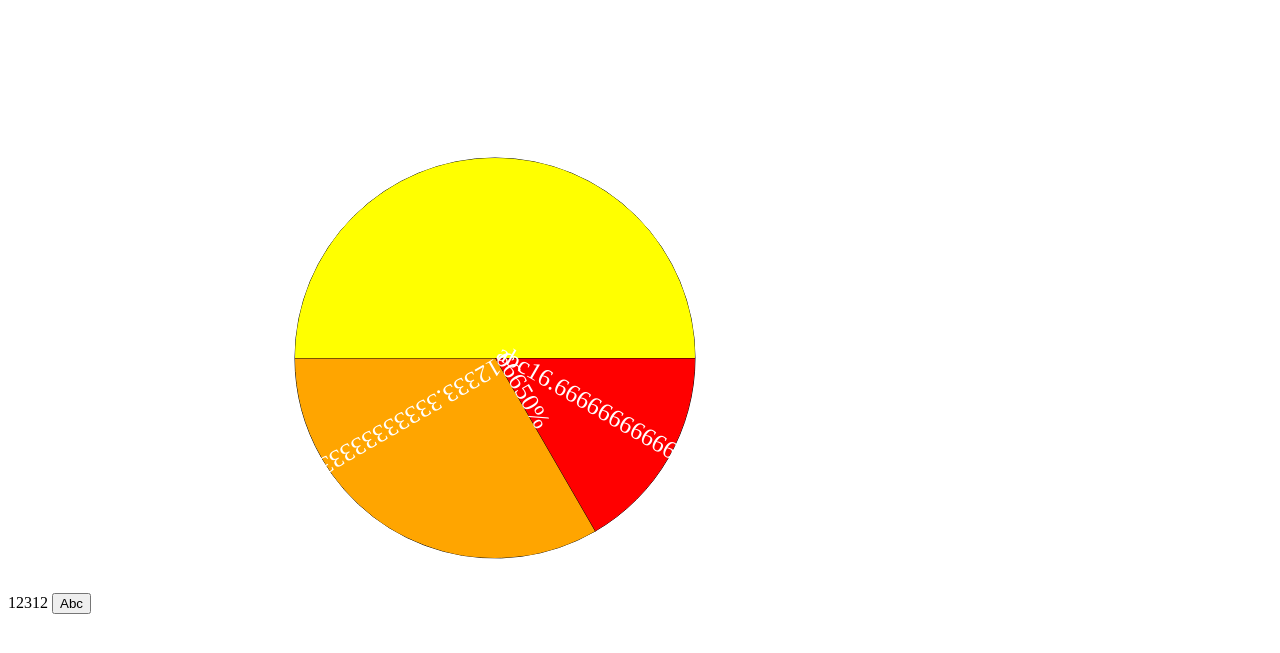
Repository: ycdtc/movie
Page: aaa/WebContent/index.html
The author's editor kept a copy of each file at every save. The page is drawn from the files as they stood at one save, then again after the next save.
The browser window is 1280 px wide. The pictures show the whole page.
After loading, the first visible `#abc` was clicked once.

Above is the page before, as saved 2017-06-20 07:44:49.

After the next save:
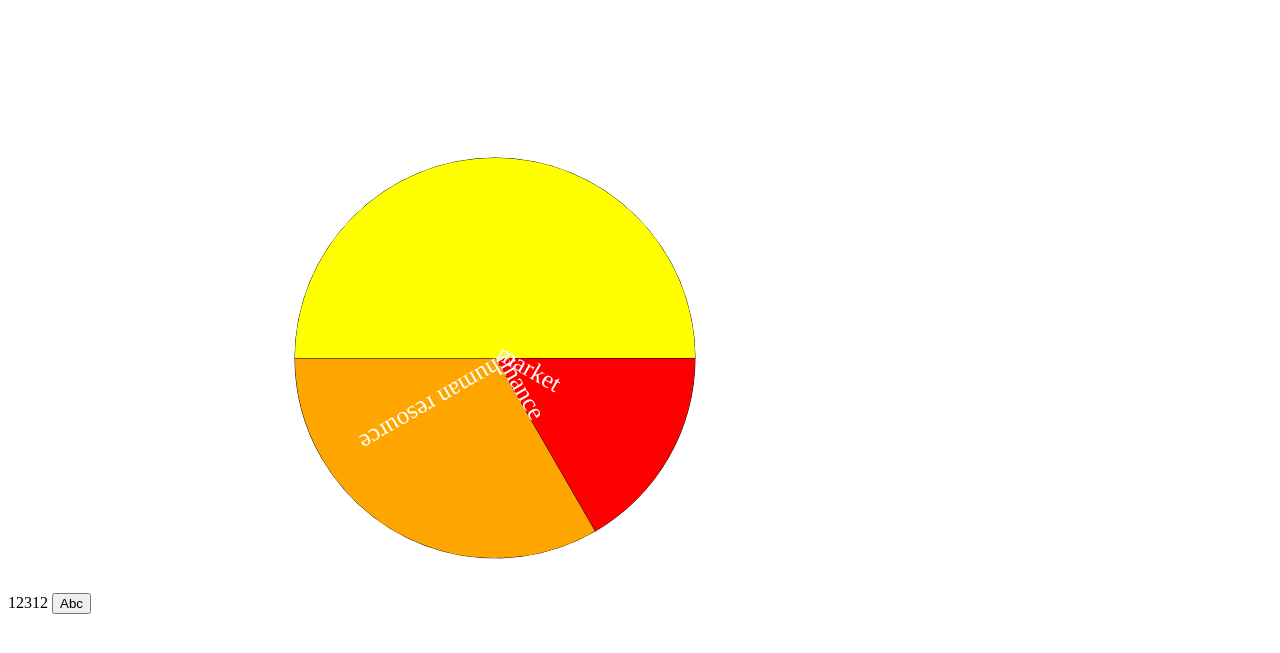
Saved 75 s later.
--- a/aaa/WebContent/index.html
+++ b/aaa/WebContent/index.html
@@ -13,7 +13,7 @@
 <script>
 	$("#abc").click(function(e){
 		//location.href = "hr.html?id=123"
-		drawPie("can1",[10,20,30],["abc","123","666"]);
+		drawPie("can1",[10,20,30],["market","human resource","finance"]);
 	});
 
 
--- a/aaa/WebContent/javascript/base.js
+++ b/aaa/WebContent/javascript/base.js
@@ -41,6 +41,6 @@ function drawPie(chart,value,name){
 		ctx.rotate((start+end)/2);
 		ctx.font = "25px scans-serif";
 		ctx.fillStyle = "white";
-		ctx.fillText(name[i] +  (value[i]/sum * 100) + "%",0 , 0);
+		ctx.fillText(name[i],0 , 0);
 	}
 }
